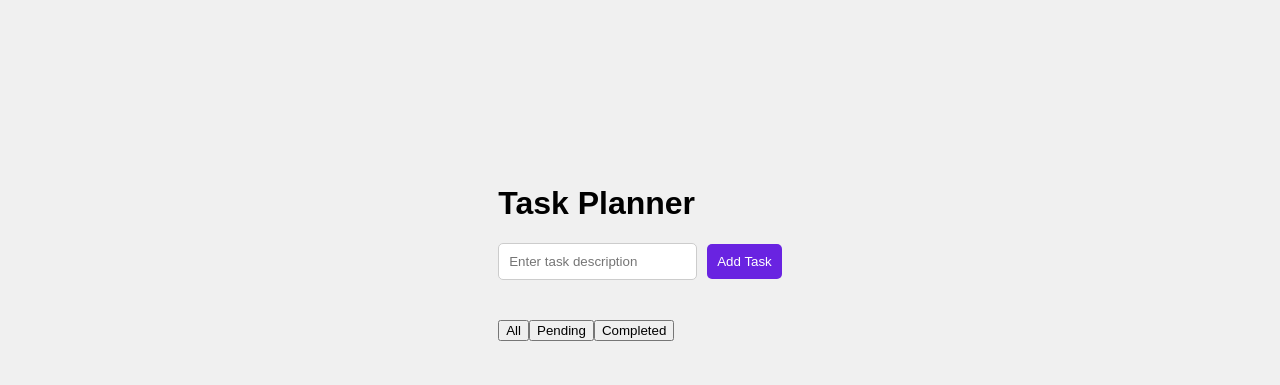
Repository: jgache/COMP-3170-0-Lab4
Page: /
An editor plug-in stored every save of this project. The page is shown before and after the next save, followed by the edit.
The browser window is 1280 px wide. The pictures show the whole page.
The project was rebuilt for these pictures with package versions that can differ from the ones it lists, and the page was loaded fresh each time. Also part of the build but not shown: vite.config.js, src/components/Task.jsx.

Above is the page before, as saved 2024-10-29 22:23:41.

After the next save:
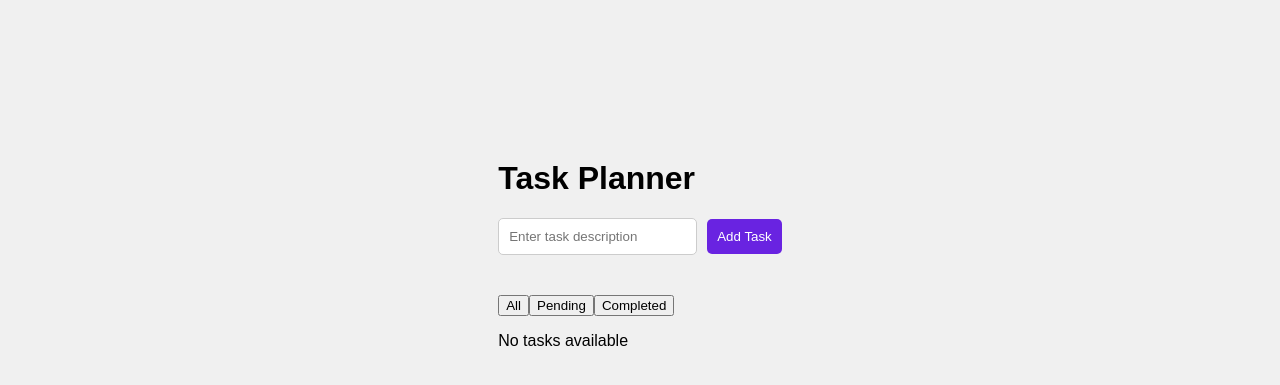
Saved 12 s later.
--- a/src/components/TaskList.jsx
+++ b/src/components/TaskList.jsx
@@ -1,16 +1,21 @@
-import Task from "./Task";
+import React from 'react';
+import Task from './Task';
 
 function TaskList({ tasks, toggleComplete, deleteTask }) {
     return (
         <div className="task-list">
-            {tasks.map(task => (
-                <Task
-                    key={task.id}
-                    task={task}
-                    toggleComplete={toggleComplete}
-                    deleteTask={deleteTask}
-                />
-            ))}
+            {tasks.length > 0 ? (
+                tasks.map(task => (
+                    <Task
+                        key={task.id}
+                        task={task}
+                        toggleComplete={toggleComplete}
+                        deleteTask={deleteTask}
+                    />
+                ))
+            ) : (
+                <p>No tasks available</p>
+            )}
         </div>
     );
 }
